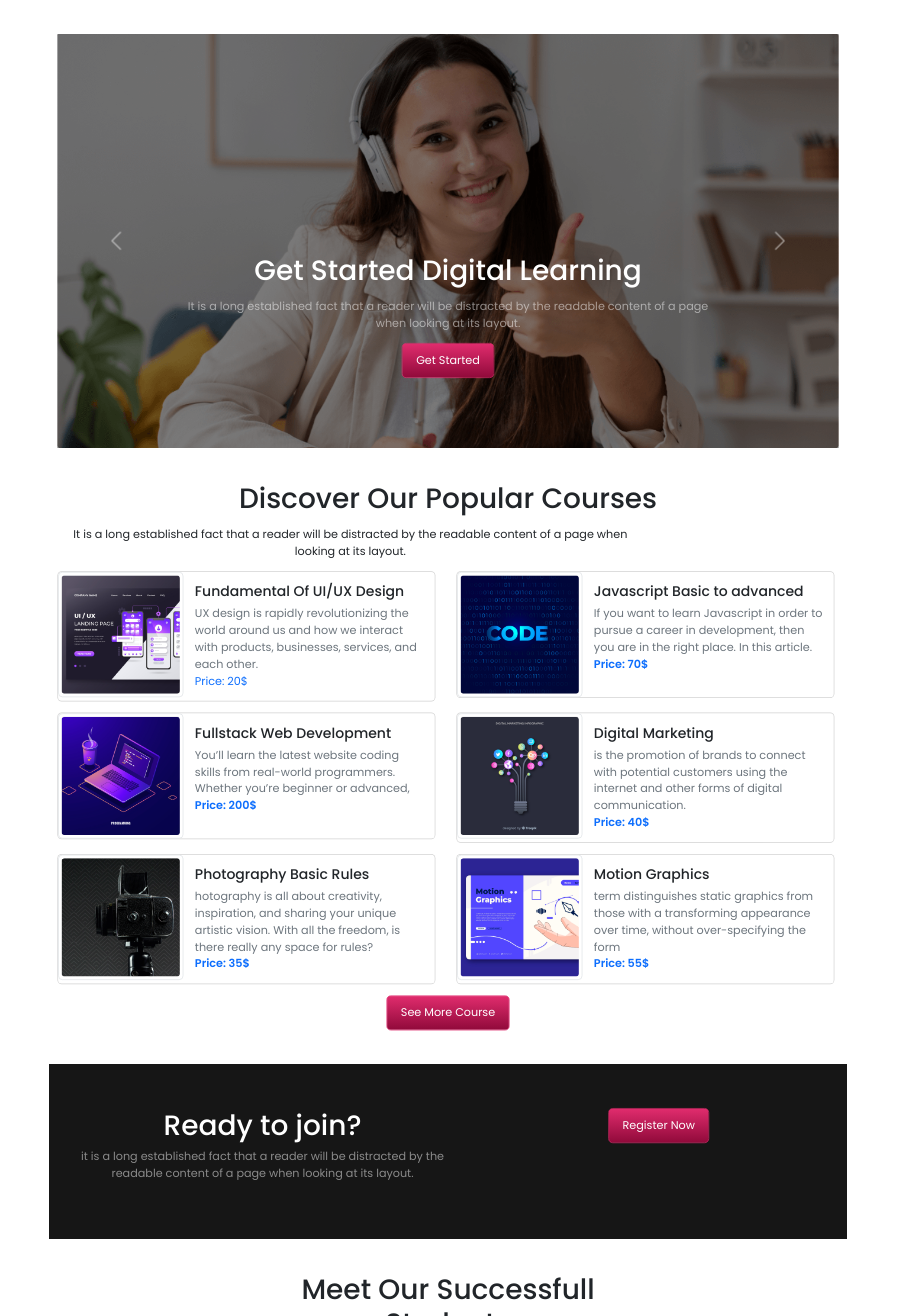
Repository: mdrubel02/Guru-Developer
Page: index.html
An editor plug-in stored every save of this project. The page is shown before and after the next save, followed by the edit.
The browser window is 1280 px wide. The page is 1292 px wide, so the pictures cover 1292 px, including what lies to the right of the window. The pictures show the part of the page from y = 0 to 1880 px (the page is 3392 px tall), at 70% of full size.
Some web libraries are served in a nearby version.

Above is the page before, as saved 2022-07-28 14:02:03.

After the next save:
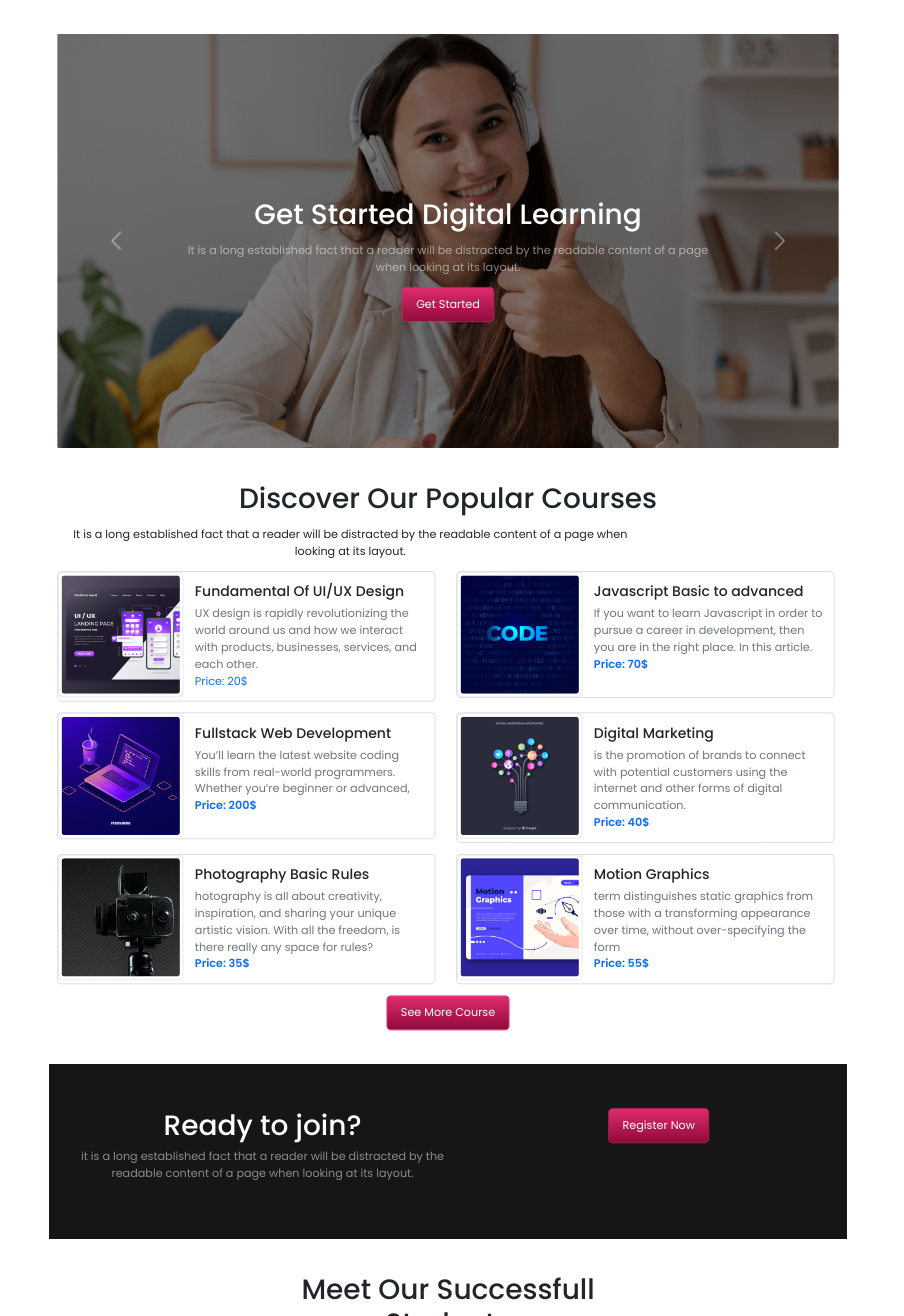
Saved 23 s later.
--- a/style.css
+++ b/style.css
@@ -75,7 +75,7 @@
     opacity: .5;
 }
 .slider_caption{
-   padding-bottom: 5rem;
+   padding-bottom: 10rem;
 }
 
 /* ========FOOTER STYLE======= */
